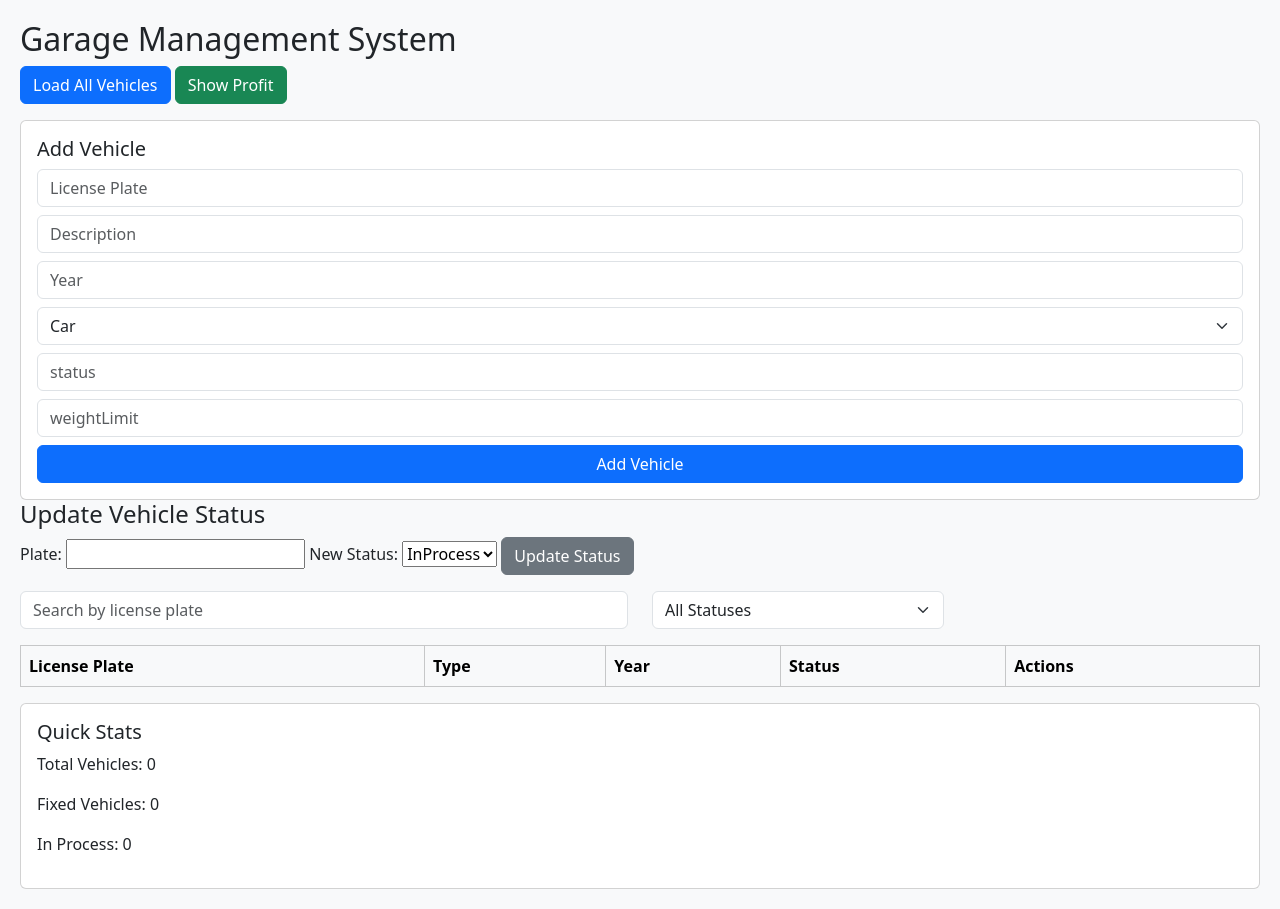
Repository: pravinpkadam444/garage-app
Page: garage-app/src/main/resources/static/index.html
The author's editor kept a copy of each file at every save. The page is drawn from the files as they stood at one save, then again after the next save.
The browser window is 1280 px wide. The pictures show the whole page.
The page's requests for data from a server got no answer.

Above is the page before, as saved 2025-12-07 12:02:50.

After the next save:
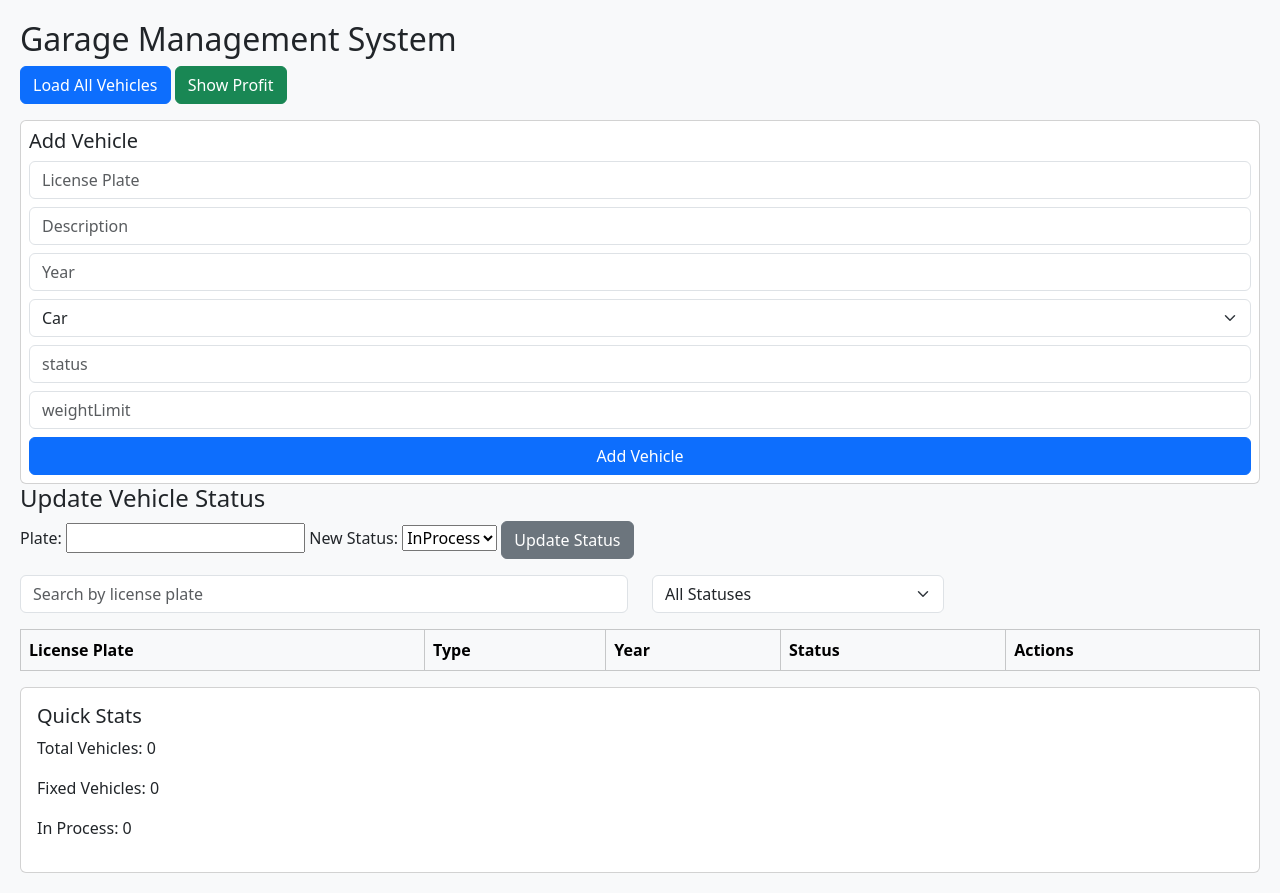
Saved 71 s later.
--- a/garage-app/src/main/resources/static/index.html
+++ b/garage-app/src/main/resources/static/index.html
@@ -19,7 +19,7 @@
     <button class="btn btn-success" onclick="showProfit()">Show Profit</button>
 </div>
 <!-- Add Vehicle Form -->
-<div class="card mt-3 p-3">
+<div class="card mt-3 p-2">
     <h5>Add Vehicle</h5>
     <input id="addPlate" class="form-control mb-2" placeholder="License Plate">
     <input id="addDesc" class="form-control mb-2" placeholder="Description">

After the save that followed:
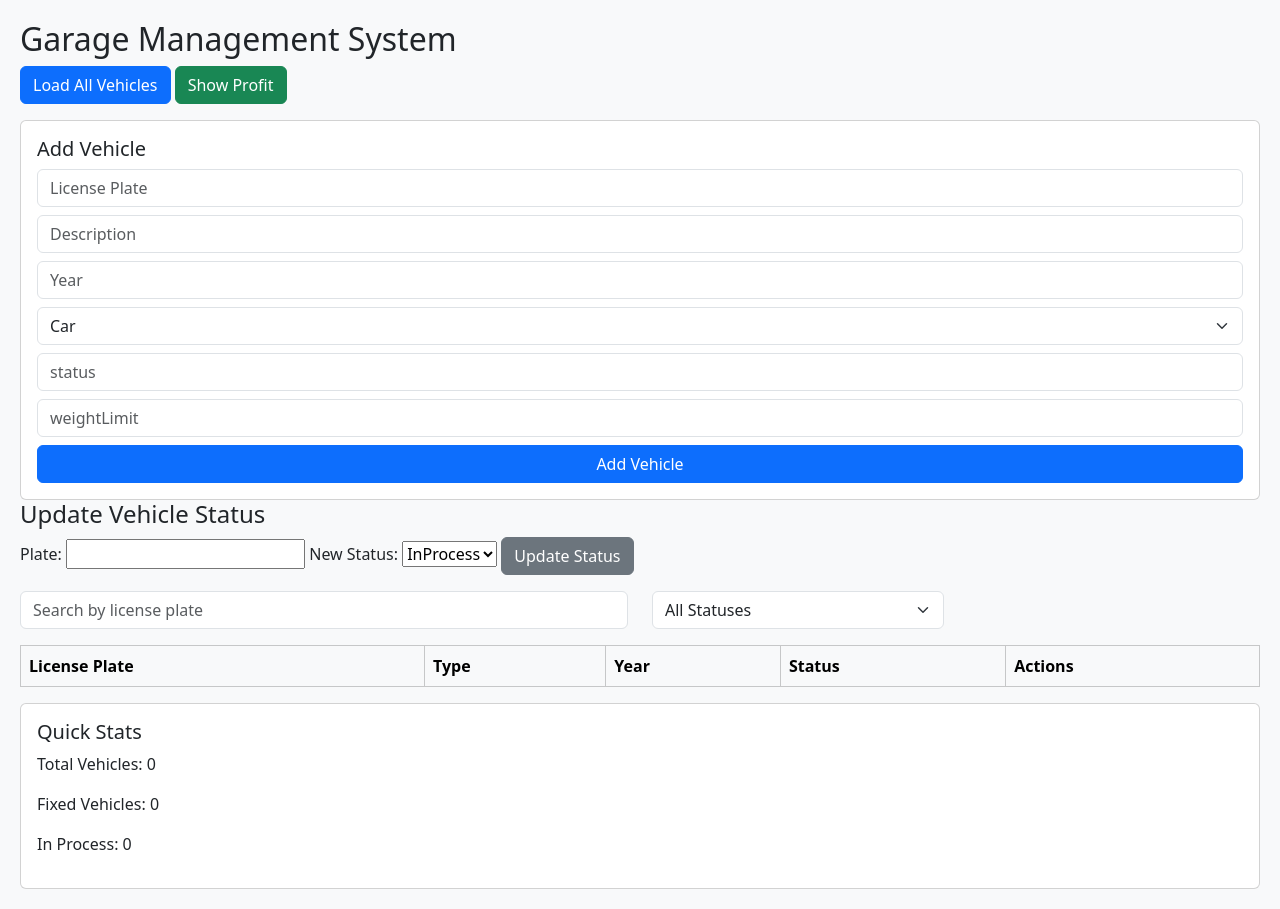
Saved 16 s later.
--- a/garage-app/src/main/resources/static/index.html
+++ b/garage-app/src/main/resources/static/index.html
@@ -19,7 +19,7 @@
     <button class="btn btn-success" onclick="showProfit()">Show Profit</button>
 </div>
 <!-- Add Vehicle Form -->
-<div class="card mt-3 p-2">
+<div class="card mt-2 p-3">
     <h5>Add Vehicle</h5>
     <input id="addPlate" class="form-control mb-2" placeholder="License Plate">
     <input id="addDesc" class="form-control mb-2" placeholder="Description">
